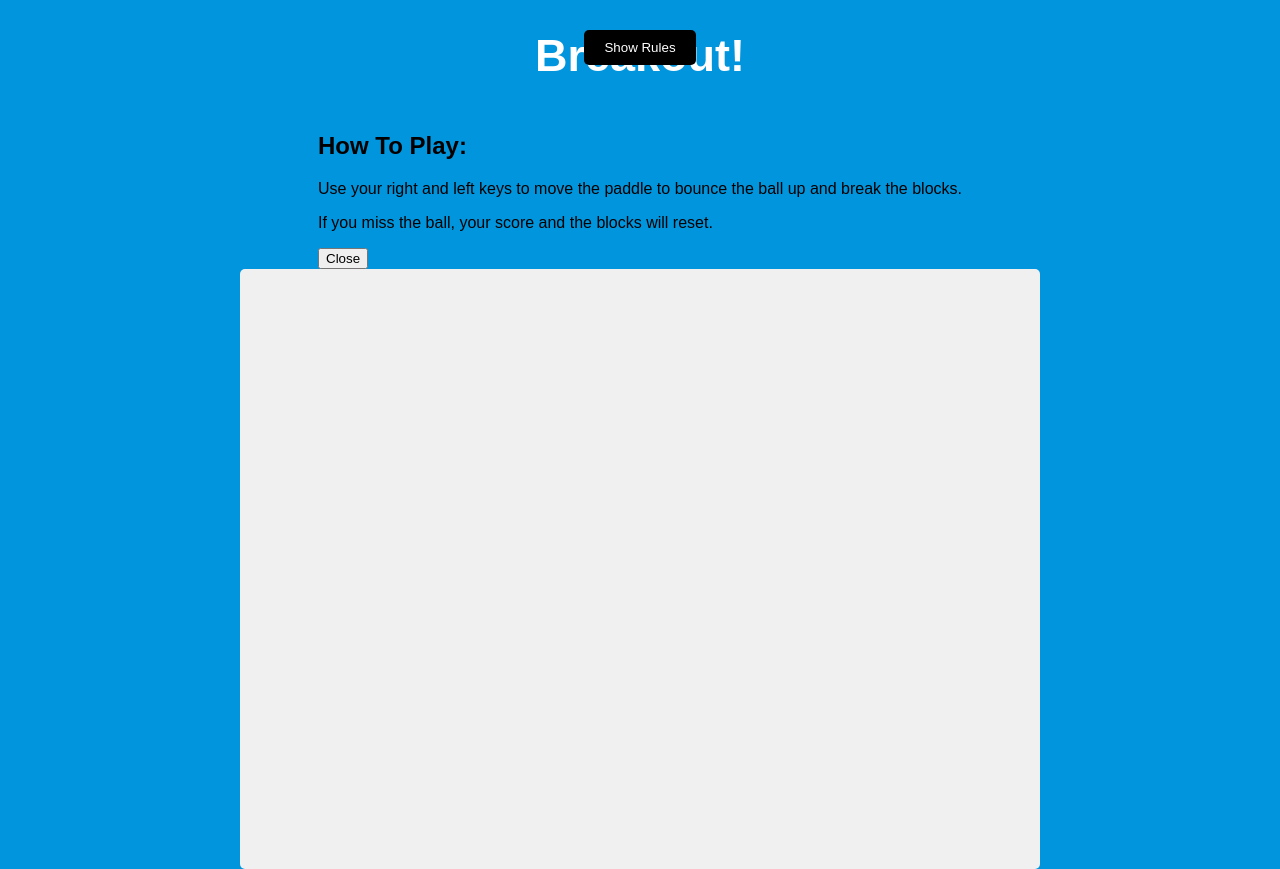
Repository: JackyZzZz/BREAKOUT-GAME
Page: index.html
An editor plug-in stored every save of this project. The page is shown before and after the next save, followed by the edit.
The browser window is 1280 px wide. The pictures show the whole page.

Above is the page before, as saved 2023-09-04 20:42:11.

After the next save:
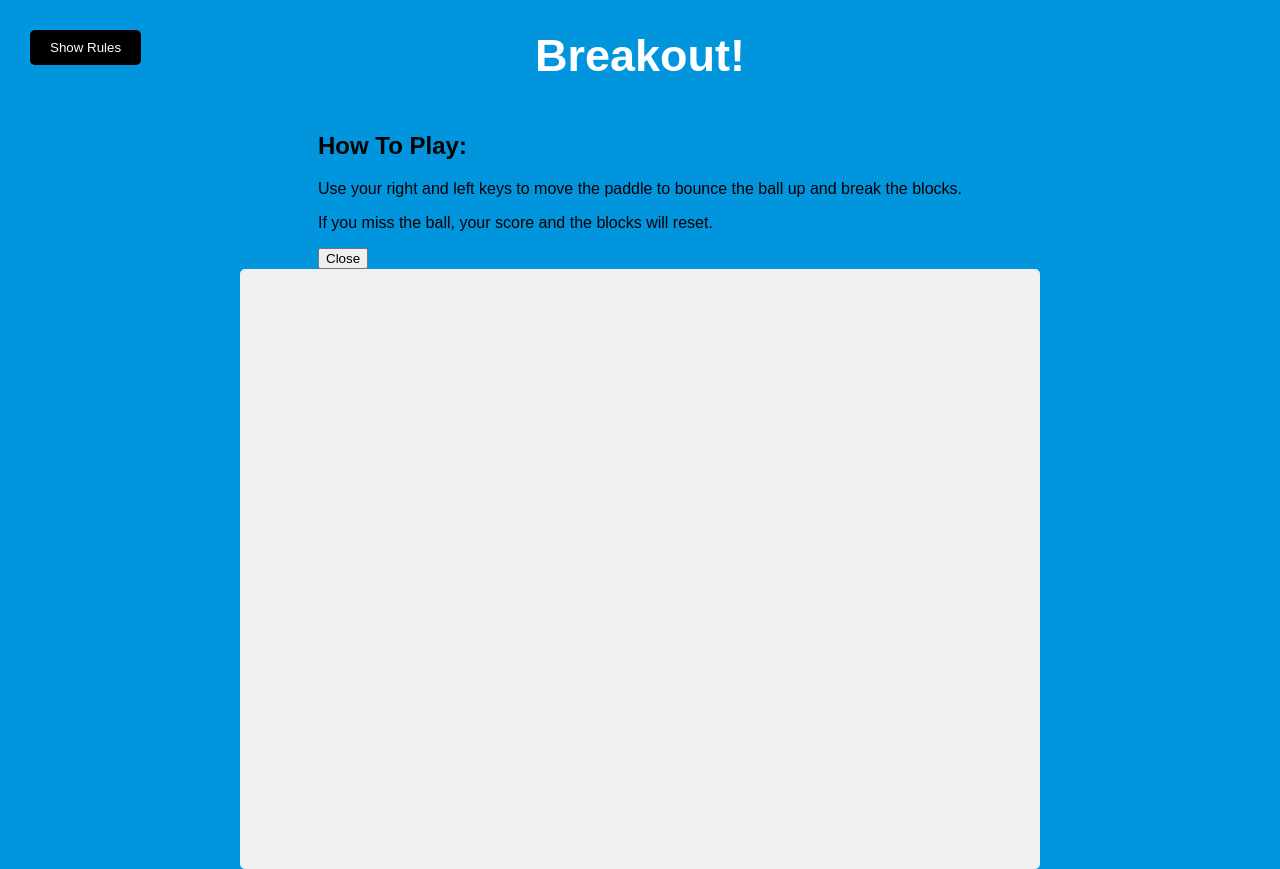
Saved 4 s later.
--- a/style.css
+++ b/style.css
@@ -48,4 +48,5 @@ canvas {
 .rules-btn {
     position: absolute;
     top: 30px;
+    left: 30px;
 }
